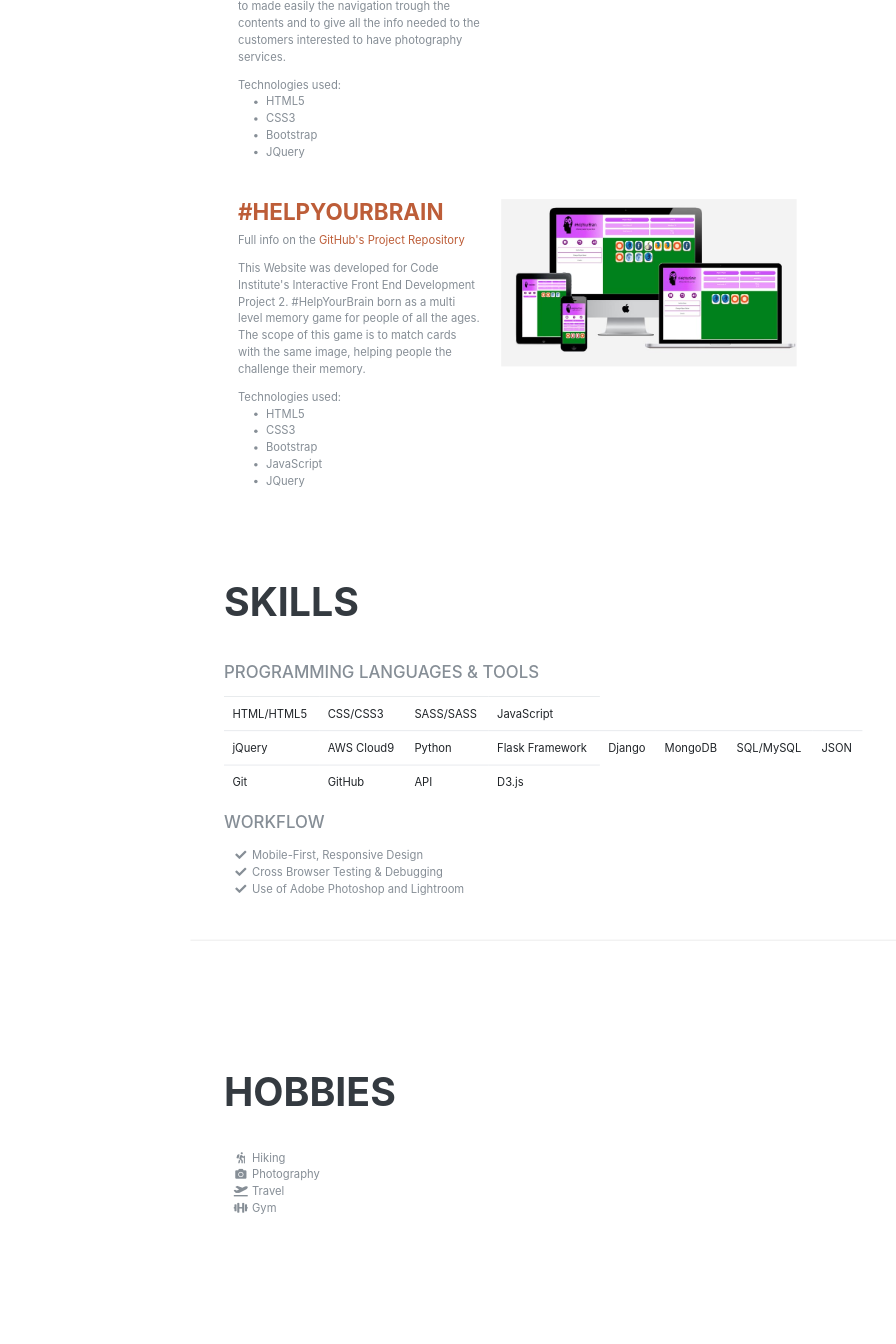
Repository: gello94/antonio_augello_online_Resume
Page: http://localhost/
The author's editor kept a record of every edit. The page is drawn from the files as they stood at one moment, then again after the next edit.
The browser window is 1280 px wide. The pictures show the part of the page from y = 2778 to 4698 px (the page is 4698 px tall), at 70% of full size.
Some web fonts or font styles are not loaded; a fallback is used. The page is served by the project's application, run on Flask 3 (run.py).

Above is the page before.

After the next edit:
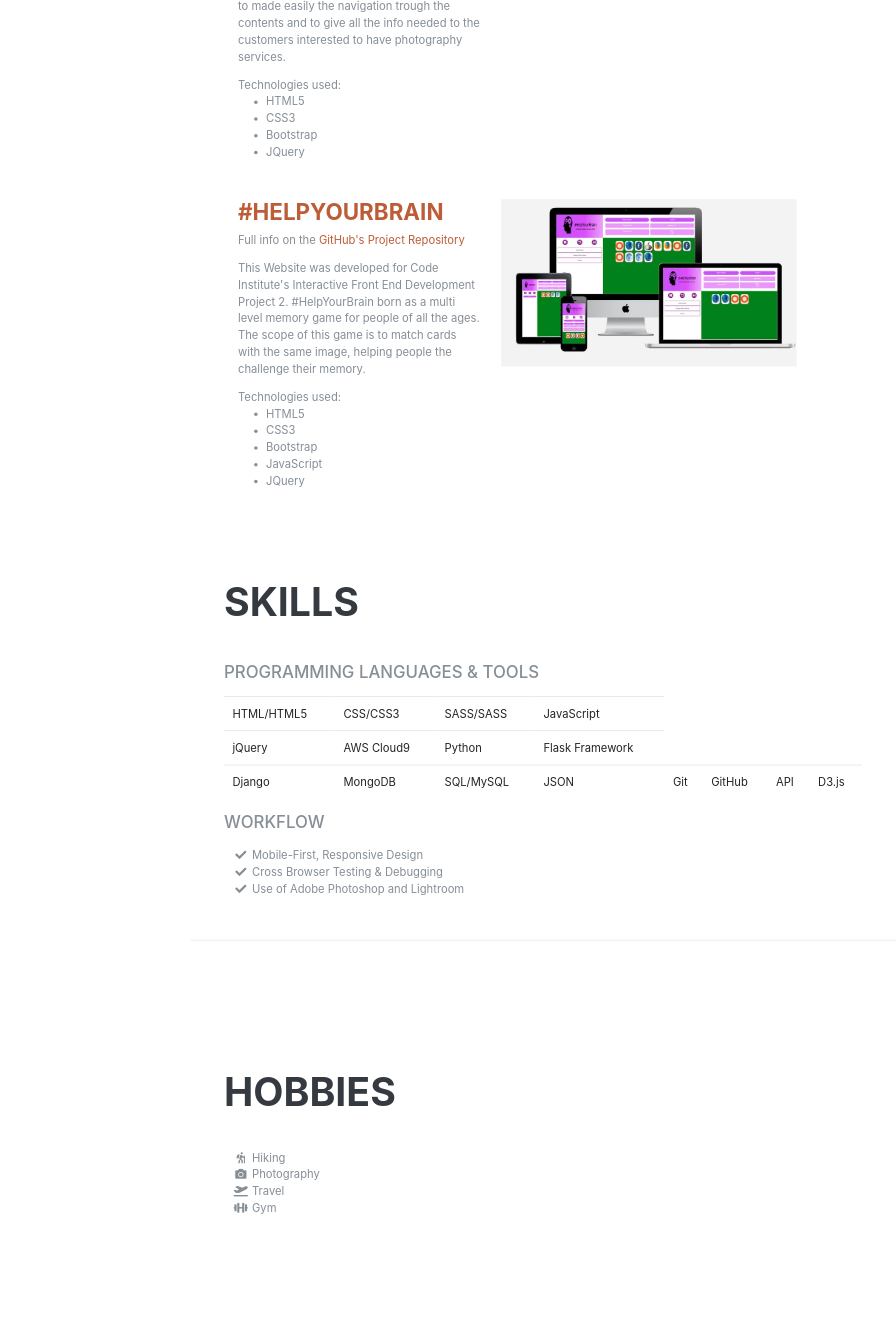
The edit:
--- a/templates/index.html
+++ b/templates/index.html
@@ -281,12 +281,12 @@
               <td>AWS Cloud9</td>
               <td>Python</td>
               <td>Flask Framework</td>
+            </tr>
+            <tr>
               <td>Django</td>
               <td>MongoDB</td>
               <td>SQL/MySQL</td>
               <td>JSON</td>
-            </tr>
-            <tr>
               <td>Git</td>
               <td>GitHub</td>
               <td>API</td>
